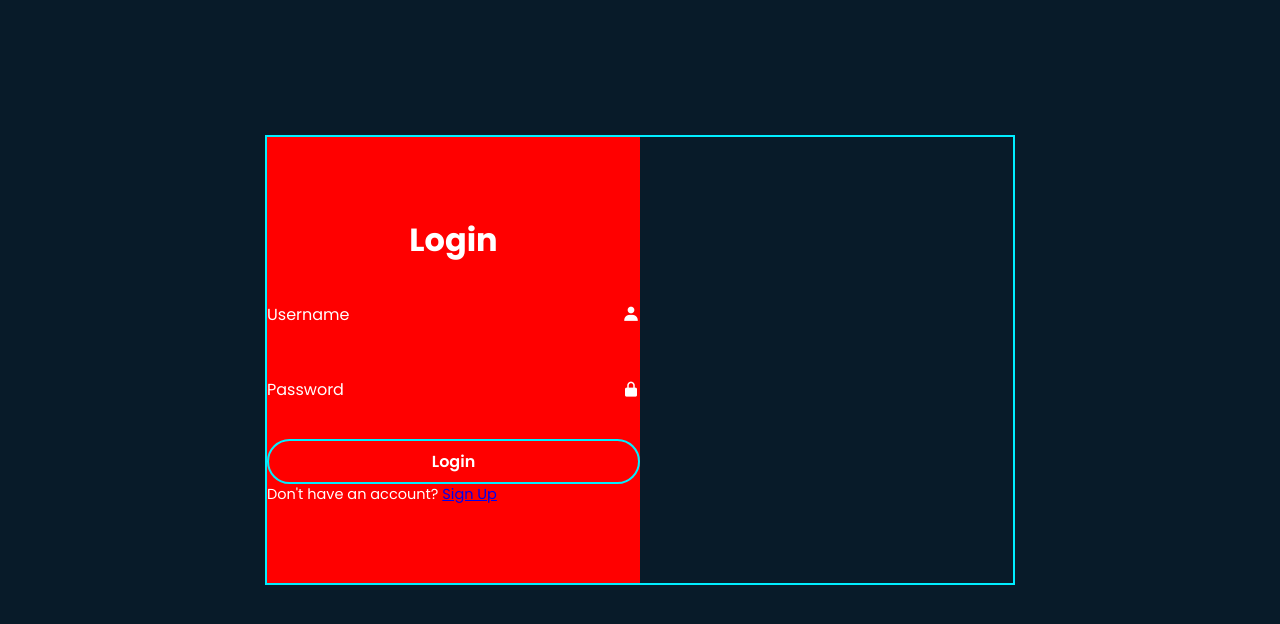
Repository: swastikjhacoder/Login-Registration-HTML
Page: index.html
The author's editor kept a copy of each file at every save. The page is drawn from the files as they stood at one save, then again after the next save.
The browser window is 1280 px wide. The pictures show the whole page.

Above is the page before, as saved 2023-09-18 14:41:15.
Not found: js/toastify.js

After the next save:
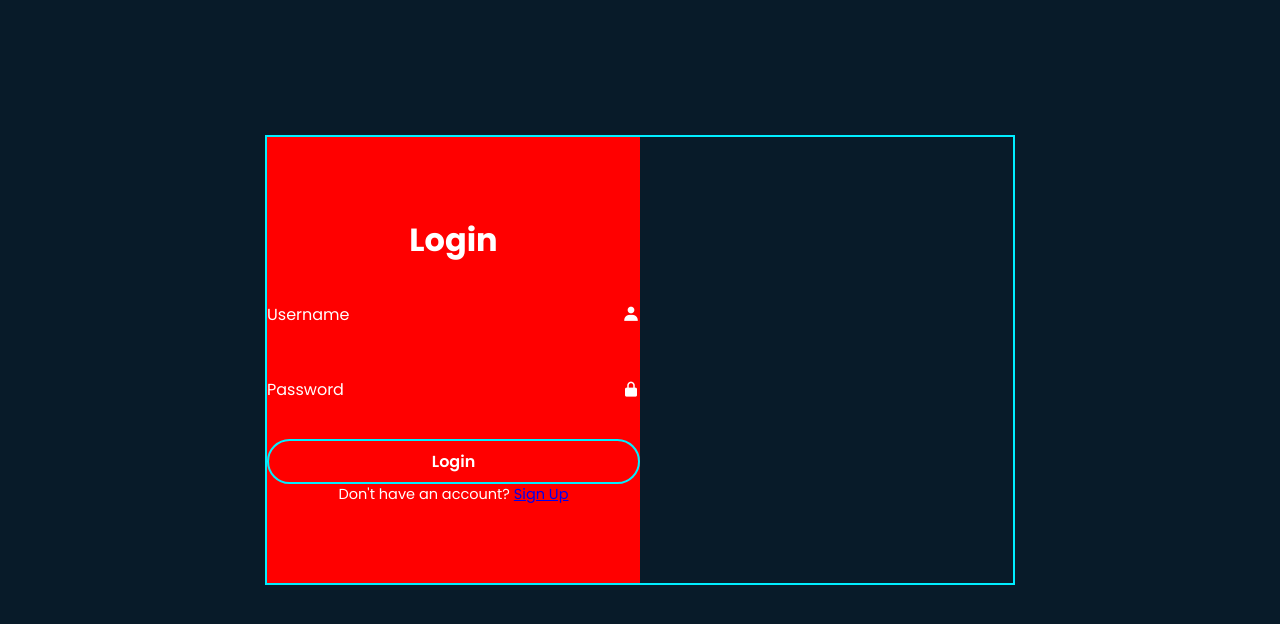
Saved 4 s later.
--- a/style.css
+++ b/style.css
@@ -92,5 +92,5 @@ body {
 .form-box .logreg-link {
     font-size: 14.5px;
     color: #fff;
-    text
+    text-align: center;
 }
